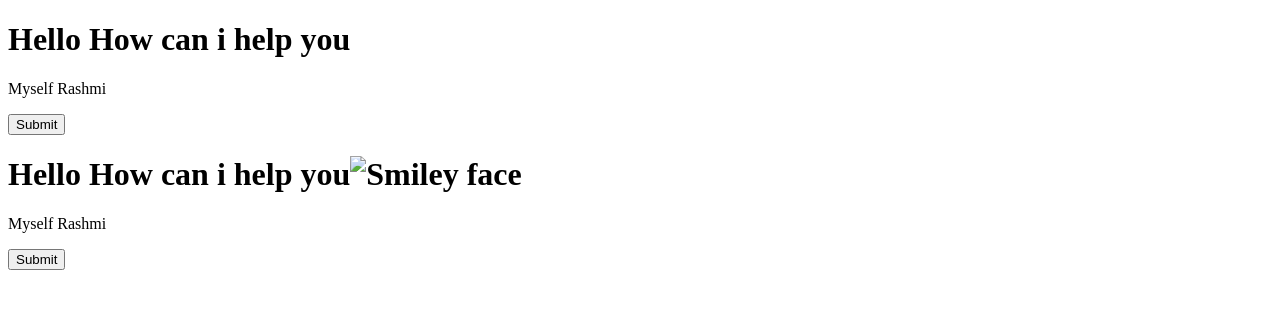
Repository: Rashmi-apagundi/Gsoc-Preperation
Page: index.html
These files come from the project's save history. The page is drawn as it stood at one moment and after the next save; the edit follows.
The browser window is 1280 px wide. The pictures show the whole page.

Above is the page before, as saved 2026-02-10 00:29:35.
Not found: smiley.png

### index.html
<!DOCTYPE html>
<html lang="en">
<head>
    <meta charset="UTF-8">
    <meta name="viewport" content="width=device-width, initial-scale=1.0">
    <h1>Hello How can i help you</h1>
    <p>Myself Rashmi</p>
    <button>Submit</button>
</head>
<body>

</body>
</html>
<!DOCTYPE html>
<html lang="en">
<head>
    <meta charset="UTF-8">
    <meta name="viewport" content="width=device-width, initial-scale=1.0">
    <h1>Hello How can i help you<img src="smiley.png" alt="Smiley face"></h1>
    <p>Myself Rashmi</p>
    <button>Submit</button>
</head>
<body>

</body>
</html>

After the next save:
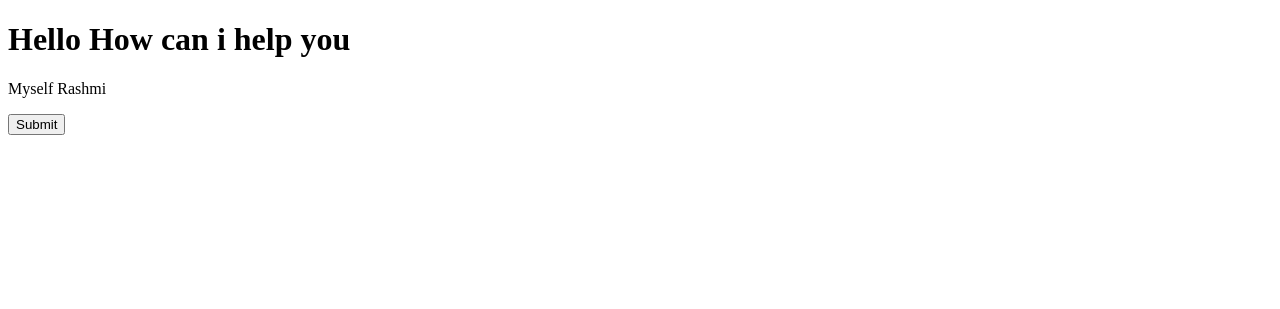
Saved 20 h 47 min later.
--- a/index.html
+++ b/index.html
@@ -9,18 +9,7 @@
 </head>
 <body>
 
-</body>
-</html>
-<!DOCTYPE html>
-<html lang="en">
-<head>
-    <meta charset="UTF-8">
-    <meta name="viewport" content="width=device-width, initial-scale=1.0">
-    <h1>Hello How can i help you<img src="smiley.png" alt="Smiley face"></h1>
-    <p>Myself Rashmi</p>
-    <button>Submit</button>
-</head>
-<body>
+
 
 </body>
 </html>
